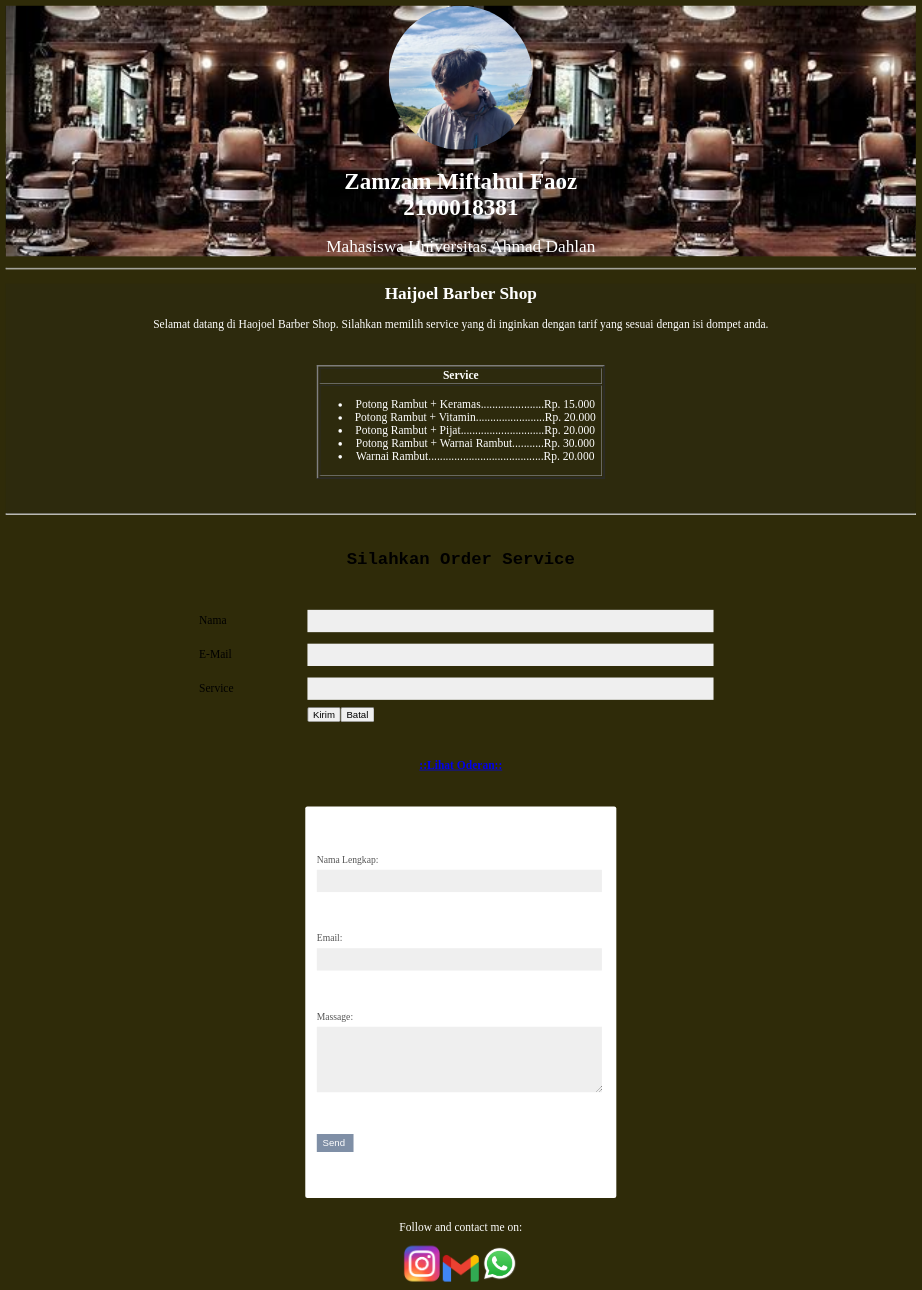
Repository: zamzam00001111/Responsi-Pweb
Page: barber.html
An editor plug-in stored every save of this project. The page is shown before and after the next save, followed by the edit.
The browser window is 1280 px wide. The pictures show the whole page, at 72% of full size.

Above is the page before, as saved 2022-07-21 05:22:40.

### barber.html
<!DOCTYPE html>
<html>
<head>
    <meta charset="UTF-8">
    <meta name="viewport" content="width=device-width, initial-scale=1.0">
    <meta http-equiv="Content-Type" content="text/html; charset=iso-8859-1">
    <title>Muhamad Dimas Joreski personal web</title>
    <link rel="stylesheet" type="text/css" href="layout.css">
    <link rel="stylesheet" href="proses.php">
</head>
<body>
    <header>
        <img src="my.jpg" width="200" height="200" style="border-radius: 50%;"/>
        <h1>Zamzam Miftahul Faoz<br>2100018381</h1>
        <p><font size="5">Mahasiswa Universitas Ahmad Dahlan</p></font>
    </header>
    <hr>
      <article>
        <h2>Haijoel Barber Shop</h2>
        <p>
            Selamat datang di Haojoel Barber Shop. Silahkan memilih service yang di inginkan dengan tarif yang sesuai dengan isi dompet anda.
        </p>
    <div>
        <table border="2" width="100%">
            <thead>
                <tr>
                    <th>Service </th>
                </tr>
            </thead>
            <tbody>
                <tr>
                    <td>
                        <ul>
                            <li>Potong Rambut + Keramas......................Rp. 15.000</li>
                            <li>Potong Rambut + Vitamin........................Rp. 20.000</li>
                            <li>Potong Rambut + Pijat.............................Rp. 20.000</li>
                            <li>Potong Rambut + Warnai Rambut...........Rp. 30.000</li>
                            <li>Warnai Rambut........................................Rp. 20.000</li>
                        </ul>
                    </td>
                </tr>
            </tbody>
        </table>
    </div>
    <hr />
    </article>
    <div class="order" align="center"><strong><font size="5" face="Courier New, Courier, mono">Silahkan Order Service</font></strong></div>
<form name="form1" method="post" action="proses.php">
    <table class="pesanan" width="58%" border="0" align="center">
        <tr>
            <td>Nama</td>
            <td><input name="nama" type="text" id="nama"></td>
        </tr>

        <tr>
            <td>E-Mail</td>
            <td><input name="email" type="text" id="email"></td> </tr>
        </tr>

        <tr>
            <td>Service</td>
            <td><input name="service" type="text" id="service"></td>
        </tr>

        <tr>
            <td></td>
            <td><input type="submit" name="Submit" value="Kirim"><input type="reset" name="Submit2" value="Batal">
        </td>
        </tr>
    </table>
</form>
<div class="lihat" align="center"><strong><a href="lihat.php">::Lihat Oderan::
</a></strong></div>

<div class="login" >
    <form action="#" method="POST" onSubmit="validasi()">
        <div>
            <label>Nama Lengkap:</label>
            <input type="text" name="nama" id="nama" />
        </div>
        <div>
            <label>Email:</label>
            <input type="email" name="email" id="email" />
        </div>
        <div>
            <label>Massage:</label>
            <textarea cols="40" rows="5" name="massage" id="massage"></textarea>
        </div>
        <div>
            <input type="submit" value="Send " class="tombol">
        </div>
    </form>
</div>

<script type="text/javascript">
    function validasi() {
        var nama = document.getElementById("nama").value;
        var email = document.getElementById("email").value;
        var alamat = document.getElementById("massage").value;
        if (nama != "" && email!="" && massage !="") {
            alert('Terimakasih sudah Mengirim pesan');
            return true;

        }else{
            alert('Anda harus mengisi data dengan lengkap !');
        }
    }
</script>
    <footer>
        <p>
            Follow and contact me on:
        </p>
        <a href="https://www.instagram.com/dimas.kj_/"><img width="50px" src="instagram.jpg"></a>
        <a href="mailto:jore.sky321@gmail.com"><img width="50px" src="gmail.png"></a>
        <a href="whatsapp://send?text=Hello&phone=082290722762"><img width="50px" src="whatsapp.png"></a>
    </footer>
</body>
</html>

### layout.css
body{
	background-color: #2f2b09;
}
header{
    color: white;
    text-align: center;
    background-image: url(oip.jpg);
    background-size: 650px;
}
article{
    color: white;
    text-align: center;
    background-color: #2d2a0d;
}
div{
	max-width: 400px;
	margin: 3em auto;
}
footer{
    color: white;
    text-align: center;
}
.login {
    padding: 1em;
    margin: 2em auto;
    width: 120em;
    background: #fff;
    border-radius: 3px;
  }

  label {
    font-size: 10pt;
    color: #555;
  }

  input[type="text"],
  input[type="email"],
  textarea {
    padding: 8px;
    width: 95%;
    background: #efefef;
    border: 0;
    font-size: 10pt;
    margin: 6px 0px;
  }

  .tombol {
    background: #7f8fa6;
    color: #fff;
    border: 0;
    padding: 5px 8px;
  }

After the next save:
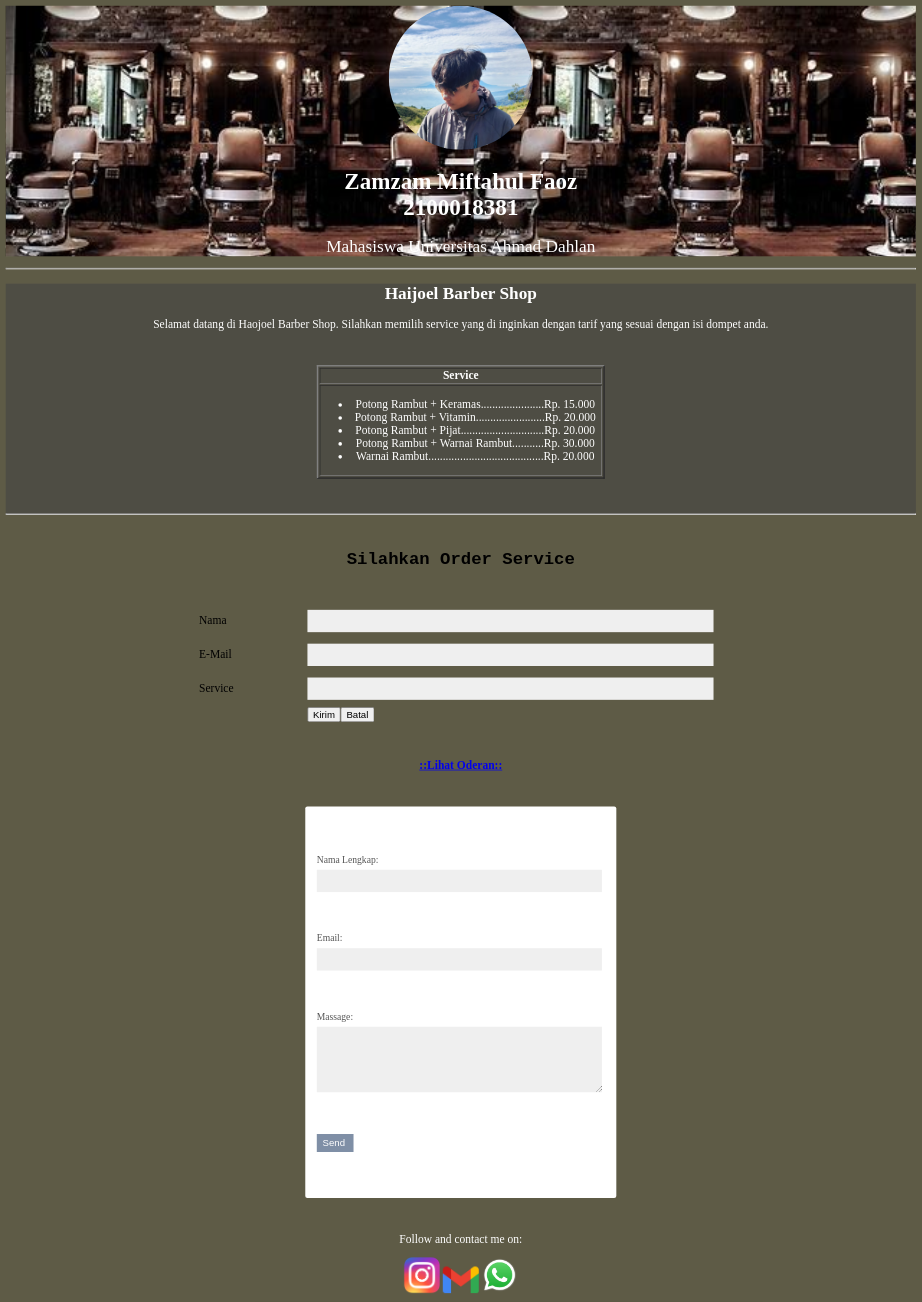
Saved 62 s later.
--- a/layout.css
+++ b/layout.css
@@ -1,5 +1,5 @@
 body{
-	background-color: #2f2b09;
+	background-color: #5e5b46;
 }
 header{
     color: white;
@@ -10,7 +10,7 @@ header{
 article{
     color: white;
     text-align: center;
-    background-color: #2d2a0d;
+    background-color: #4e4d44;
 }
 div{
 	max-width: 400px;
@@ -20,10 +20,13 @@ footer{
     color: white;
     text-align: center;
 }
+.lihat{
+    color: #efefef;
+}
 .login {
     padding: 1em;
-    margin: 2em auto;
-    width: 120em;
+    margin: 2pxem auto;
+    width: 79em;
     background: #fff;
     border-radius: 3px;
   }
